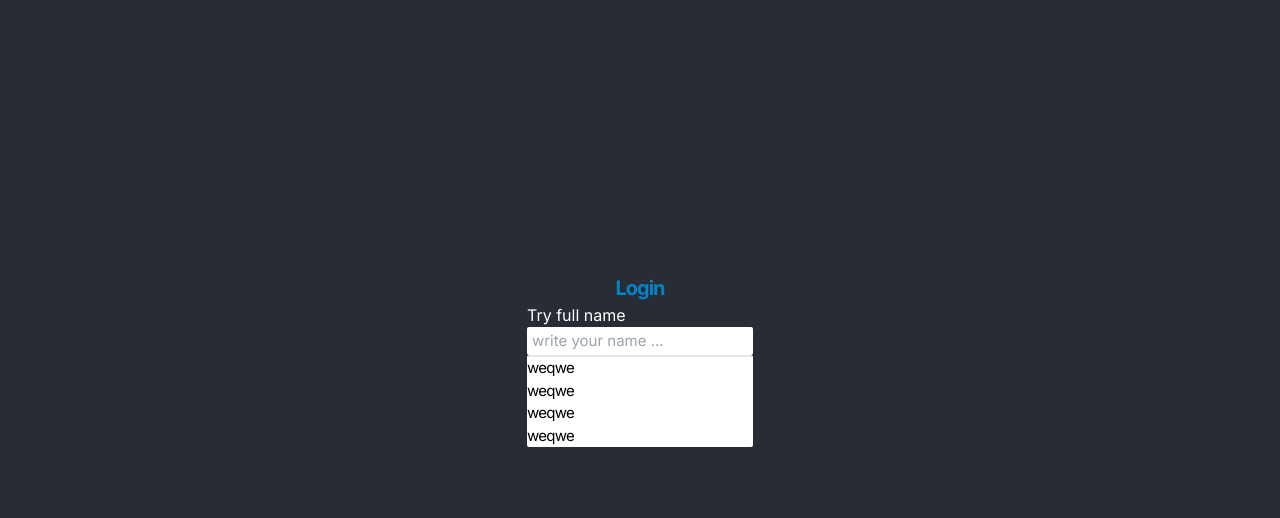
Repository: devsecops-node/simple-play
Page: /
The author's editor kept a copy of each file at every save. The page is drawn from the files as they stood at one save, then again after the next save.
The browser window is 1280 px wide. The pictures show the whole page.
The project was rebuilt for these pictures with package versions that can differ from the ones it lists, and the page was loaded fresh each time. The framework's server and built-in components were replaced by stand-ins that run in the browser. Also part of the build but not shown: next.config.mjs.

Above is the page before, as saved 2024-06-21 12:44:36.

After the next save:
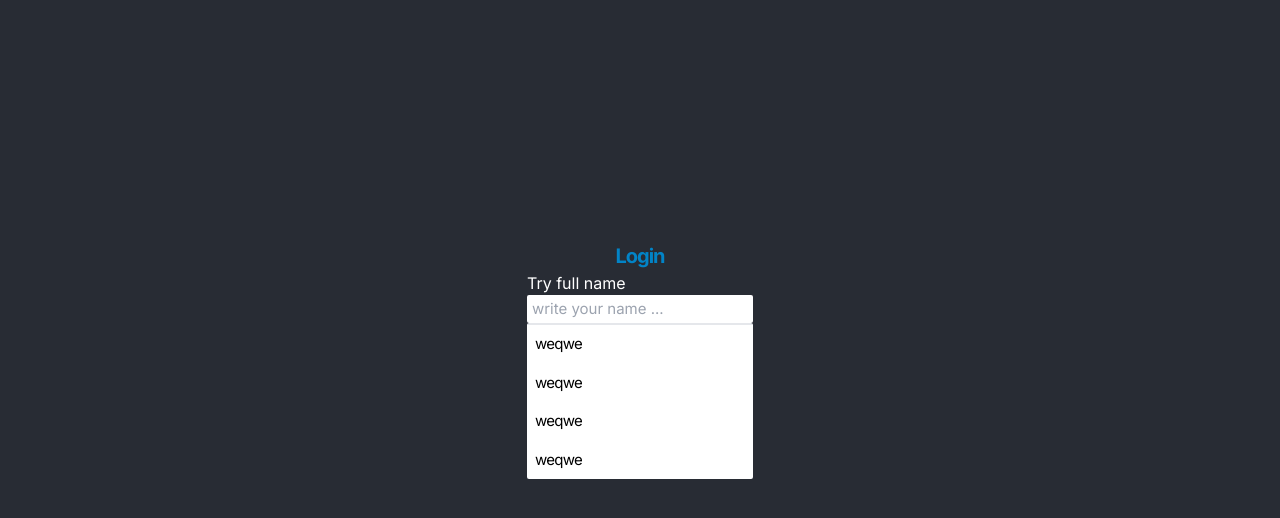
Saved 10 s later.
--- a/src/app/_components/RecomendationsSearch.tsx
+++ b/src/app/_components/RecomendationsSearch.tsx
@@ -6,7 +6,7 @@ const RecomendationsSearch = () => {
     <div className='bg-white rounded-sm border-t-2 text-black text-[15px] tracking-tighter'>
       {
         recomendations.map((rec) => (
-          <p key={rec.id}>{rec.rec}</p>
+          <p className='p-2' key={rec.id}>{rec.rec}</p>
         ))
       }
     </div>
